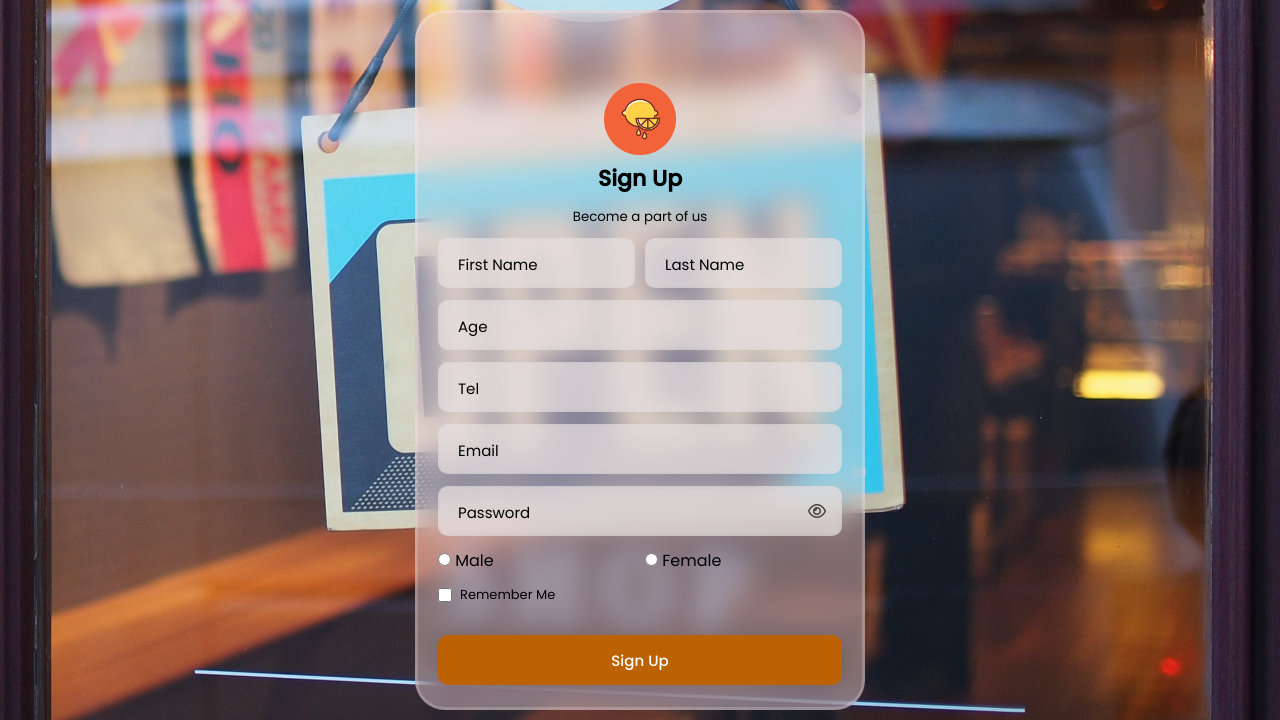
Repository: MauDucKG/BigFarm
Page: http://localhost/BigFarm/views/main/register/index.php?page=main&controller=register&action=submit
An editor plug-in stored every save of this project. The page is shown before and after a run of saves, followed by the edit.
The browser window is 1280 px wide. The pictures show the whole page.
Some web libraries are served in a nearby version. The page is run by PHP 8.4 with error messages shown; the project is at /var/www/html/.

Above is the page before, as saved 2023-04-26 22:34:32.

### views/main/register/index.php
<!DOCTYPE html>
<html lang="en">

<head>
	<meta charset="utf-8">
	<meta name="viewport" content="width=device-width, initial-scale=1">
	<title>Register</title>
	<!-- <link href="https://cdn.jsdelivr.net/npm/bootstrap@5.2.2/dist/css/bootstrap.min.css" rel="stylesheet" integrity="sha384-Zenh87qX5JnK2Jl0vWa8Ck2rdkQ2Bzep5IDxbcnCeuOxjzrPF/et3URy9Bv1WTRi" crossorigin="anonymous"> -->
	<link rel="stylesheet" href="assets/stylesheets/register.css">
    <script src="https://kit.fontawesome.com/4ccf3877a2.js" crossorigin="anonymous"></script>
    <!-- <style>
        @import url('https://fonts.googleapis.com/css2?family=Poppins:wght@400;500&display=swap');
body{
    background: url("https://images.unsplash.com/photo-1472851294608-062f824d29cc?ixlib=rb-4.0.3&ixid=MnwxMjA3fDB8MHxwaG90by1wYWdlfHx8fGVufDB8fHx8&auto=format&fit=crop&w=2304&q=80");
    background-size: cover;
    background-position: center;
    background-repeat: no-repeat;
    background-attachment: fixed;
}
*{
    margin: 0;
    padding: 0;
    box-sizing: border-box;
    font-family: 'Poppins',sans-serif;
}
.wrapper{
    display: flex;
    justify-content: center;
    align-items: center;
    min-height: 100vh;
    width: 100%;
}
.box{
    display: flex;
    flex-direction: row;
    position: relative;
    padding: 60px 20px 30px 20px;
    height: 700px;
    width: 450px;
    background-color: rgba(255, 220, 220, 0.4);
    border-radius: 30px;
    -webkit-backdrop-filter: blur(15px);
    backdrop-filter: blur(15px);
    border: 3px solid rgba(255, 255, 255, 0.2);
    overflow: hidden;
}
.box-register{
    position: absolute;
    width: 85%;
    right: -350px;
    transition: .5s ease-in-out;
}
.top-header{
    text-align: center;
    margin: 10px auto;
}
.top-header h3{
    font-size: 22px;
    font-weight: 600;
    margin-bottom: 8px;
}
.input-group{
    width: 100%;
}
.input-field{
    width: 100%;
    margin-bottom: 12px;
    position: relative;
}
.input-box{
    width: 100%;
    height: 50px;
    font-size: 15px;
    color: #040404;
    border: none;
    border-radius: 10px;
    padding: 7px 45px 0 20px;
    background: rgba(224, 223, 223, 0.6);
    -webkit-backdrop-filter: blur(2px);
    backdrop-filter: blur(2px);
    outline: none;
}
.input-field label{
    position: absolute;
    left: 20px;
    top: 15px;
    font-size: 15px;
    transition: .3s ease-in-out;
}
.input-box:focus ~ label,.input-box:valid ~ label{
    top: 2px;
    font-size: 10px;
    color: #c12828;
    font-weight: 500;
}
.eye-area{
    position: absolute;
    top: 25px;
    right: 25px;
}
.eye-box{
    display: flex;
    justify-content: center;
    align-items: center;
    position: relative;
}
i{
    position: absolute;
    color: #444444;
    cursor: pointer;
}
#eye,#eye-2{
    opacity: 1;
}
#eye-slash,#eye-slash-2{
    opacity: 0;
}
.remember{
    display: flex;
    font-size: 13px;
    margin: 12px 0 30px 0;
    color: #000;
}
.check{
    margin-right: 8px;
    width: 14px;
}
.input-submit{
    width: 100%;
    height: 50px;
    font-size: 15px;
    font-weight: 500;
    border: none;
    border-radius: 10px;
    background: #bc6202;
    color: #fff;
    box-shadow: 0px 4px 20px rgba(62, 9, 9, 0.145);
    cursor: pointer;
    transition: .4s;
}
.input-submit:hover{
    background: #db3e00;
    box-shadow: 0px 4px 20px rgba(62, 9, 9, 0.32);
}
#btn{
    position: absolute;
    bottom: 0;
    left: 0;
    width: 145px;
    height: 50px;
    background: #cccccd;
    border-radius: 10px;
    box-shadow: 2px 0px 12px rgba(0, 0, 0, 0.1);
    transition: .5s ease-in-out;
}
.name-box{
    display: flex;
    column-gap: 10px;
}
.name-box .input-box{
    width: 100%;
}
.name-box .input-field{
    width: 100%;
}
    </style> -->
</head>

<body>
    <div class="wrapper">
        <div class="box">
        <form action="index.php?page=main&controller=register&action=submit" method="POST" class="text-right">
            <div class="register-box" id="regUser">
                <div class="top-header">
                    <img src="assets/images/team_logo.png" alt="" width="72" height="72">
                    <h3>Sign Up</h3>
                    <small>Become a part of us</small>
                </div>
                <div class="input-group">
                    <div class="name-box">
                        <div class="input-field">
                            <input type="text" class="input-box" id="fname" name="fmane" required>
                            <label for="regUser">First Name</label>
                        </div>
                        <div class="input-field">
                            <input type="text" class="input-box" id="lname" name="lname" required>
                            <label for="regUser">Last Name</label>
                        </div>
                    </div>
                    <div class="input-field">
                        <input type="text" class="input-box" id="age" name="age" required>
                        <label for="regUser">Age</label>
                    </div>
                    <div class="input-field">
                        <input type="text" class="input-box" id="phone" name="phone" required>
                        <label for="regUser">Tel</label>
                    </div>
                    <div class="input-field">
                        <input type="text" class="input-box" id="email" name="email" required>
                        <label for="regUser">Email</label>
                    </div>
                    <div class="input-field">
                        <input type="password" class="input-box" id="pass" name="pass" required>
                        <label for="regPassword">Password</label>
                         <div class="eye-area">
                                <div class="eye-box" onclick="myRegPassword()">
                                    <i class="fa-regular fa-eye" id="eye-2"></i>
                                    <i class="fa-regular fa-eye-slash" id="eye-slash-2"></i>
                                </div>
                         </div>
                    </div>
                    <div class="gender-box">
                        <div class="gender-container">
                            <input type="radio" name="gender" value="1" required>
                            <label>Male</label>
                        </div>
                        <div class="gender-container">
                            <input type="radio" name="gender" value="1" required>
                            <label>Female</label>
                        </div>
                    </div>
				</div>
                    <div class="remember">
                        <input type="checkbox" id="formCheck-2" class="check">
                        <label for="formCheck-2">Remember Me</label>
                    </div>
                    <div class="input-field">
                        <input type="submit" class="input-submit" value="Sign Up">
                    </div>
                </div>
          </div>
        </form>
        </div>
    </div>
    <script>
        function myRegPassword(){
            var d = document.getElementById('regPassword');
            var b = document.getElementById("eye-2");
            var c = document.getElementById("eye-slash-2");
            if(d.type === "password"){
                d.type = "text"
                b.style.opacity = "0";
                c.style.opacity = "1";
            }else{
                d.type = "password"
                b.style.opacity = "1";
                c.style.opacity = "0";
            }
        }
    </script>
</body>

</html>

### assets/stylesheets/register.css
@import url('https://fonts.googleapis.com/css2?family=Poppins:wght@400;500&display=swap');
body{
    background: url("/BigFarm/assets/images/mike-petrucci-c9FQyqIECds-unsplash.jpg");
    background-size: cover;
    background-position: center;
    background-repeat: no-repeat;
    background-attachment: fixed;
}
*{
    margin: 0;
    padding: 0;
    box-sizing: border-box;
    font-family: 'Poppins',sans-serif;
}
.wrapper{
    display: flex;
    justify-content: center;
    align-items: center;
    min-height: 100vh;
    width: 100%;
}
.box{
    display: flex;
    flex-direction: row;
    position: relative;
    padding: 60px 20px 30px 20px;
    height: 700px;
    width: 450px;
    background-color: rgba(255, 220, 220, 0.4);
    border-radius: 30px;
    -webkit-backdrop-filter: blur(15px);
    backdrop-filter: blur(15px);
    border: 3px solid rgba(255, 255, 255, 0.2);
    overflow: hidden;
}
.box-register{
    position: absolute;
    width: 85%;
    right: -350px;
    transition: .5s ease-in-out;
}
.top-header{
    text-align: center;
    margin: 10px auto;
}
.top-header h3{
    font-size: 22px;
    font-weight: 600;
    margin-bottom: 8px;
}
.input-group{
    width: 100%;
}
.input-field{
    width: 100%;
    margin-bottom: 12px;
    position: relative;
}
.input-box{
    width: 100%;
    height: 50px;
    font-size: 15px;
    color: #040404;
    border: none;
    border-radius: 10px;
    padding: 7px 45px 0 20px;
    background: rgba(224, 223, 223, 0.6);
    -webkit-backdrop-filter: blur(2px);
    backdrop-filter: blur(2px);
    outline: none;
}
.input-field label{
    position: absolute;
    left: 20px;
    top: 15px;
    font-size: 15px;
    transition: .3s ease-in-out;
}
.input-box:focus ~ label,.input-box:valid ~ label{
    top: 2px;
    font-size: 10px;
    color: #c12828;
    font-weight: 500;
}
.eye-area{
    position: absolute;
    top: 25px;
    right: 25px;
}
.eye-box{
    display: flex;
    justify-content: center;
    align-items: center;
    position: relative;
}
i{
    position: absolute;
    color: #444444;
    cursor: pointer;
}
#eye,#eye-2{
    opacity: 1;
}
#eye-slash,#eye-slash-2{
    opacity: 0;
}
.remember{
    display: flex;
    font-size: 13px;
    margin: 12px 0 30px 0;
    color: #000;
}
.check{
    margin-right: 8px;
    width: 14px;
}
.input-submit{
    width: 100%;
    height: 50px;
    font-size: 15px;
    font-weight: 500;
    border: none;
    border-radius: 10px;
    background: #bc6202;
    color: #fff;
    box-shadow: 0px 4px 20px rgba(62, 9, 9, 0.145);
    cursor: pointer;
    transition: .4s;
}
.input-submit:hover{
    background: #db3e00;
    box-shadow: 0px 4px 20px rgba(62, 9, 9, 0.32);
}
#btn{
    position: absolute;
    bottom: 0;
    left: 0;
    width: 145px;
    height: 50px;
    background: #cccccd;
    border-radius: 10px;
    box-shadow: 2px 0px 12px rgba(0, 0, 0, 0.1);
    transition: .5s ease-in-out;
}
.name-box{
    display: flex;
    column-gap: 10px;
}
.name-box .input-box{
    width: 100%;
}
.name-box .input-field{
    width: 100%;
}

.gender-box{
    display: flex;
    column-gap: 10px;
    justify-content: space-evenly;
}
.gender-container{
    width: 50%;
}

After the next 2 saves:
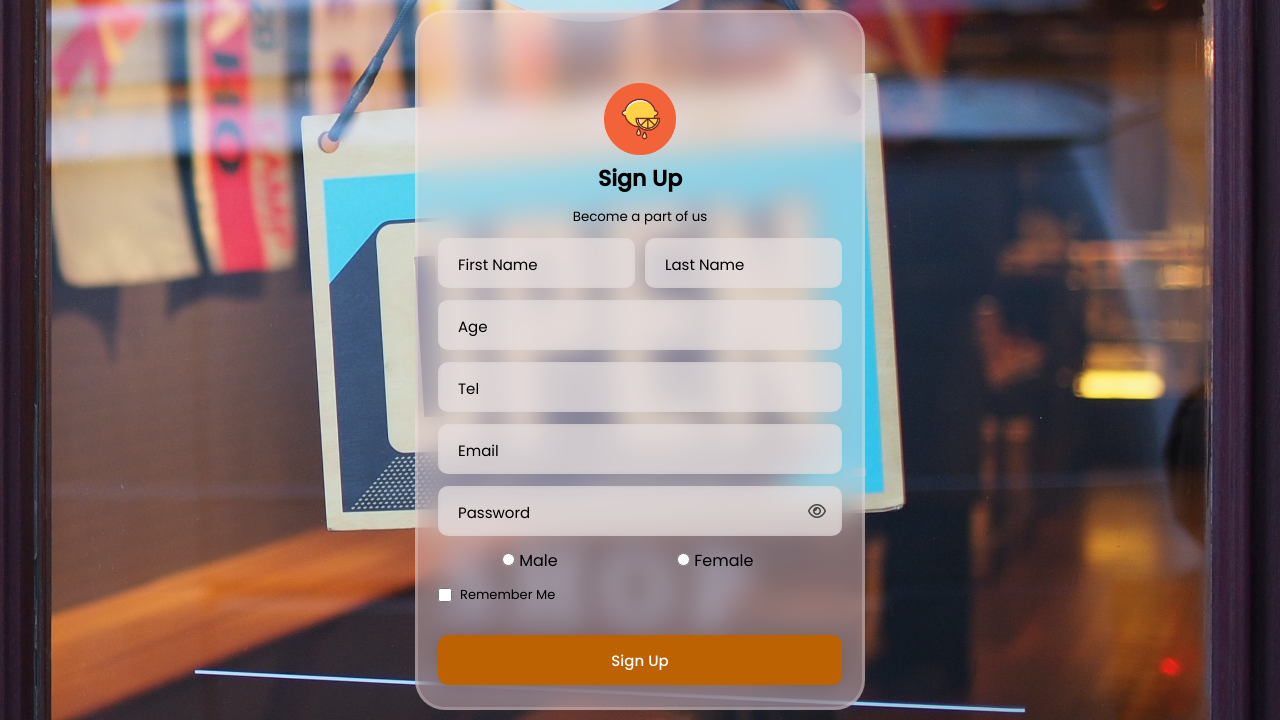
The 2 saves are shown as one change because they came seconds apart.
The last was saved 54 s later.
--- a/assets/stylesheets/register.css
+++ b/assets/stylesheets/register.css
@@ -159,5 +159,5 @@ i{
     justify-content: space-evenly;
 }
 .gender-container{
-    width: 50%;
+    width: 25%;
 }
